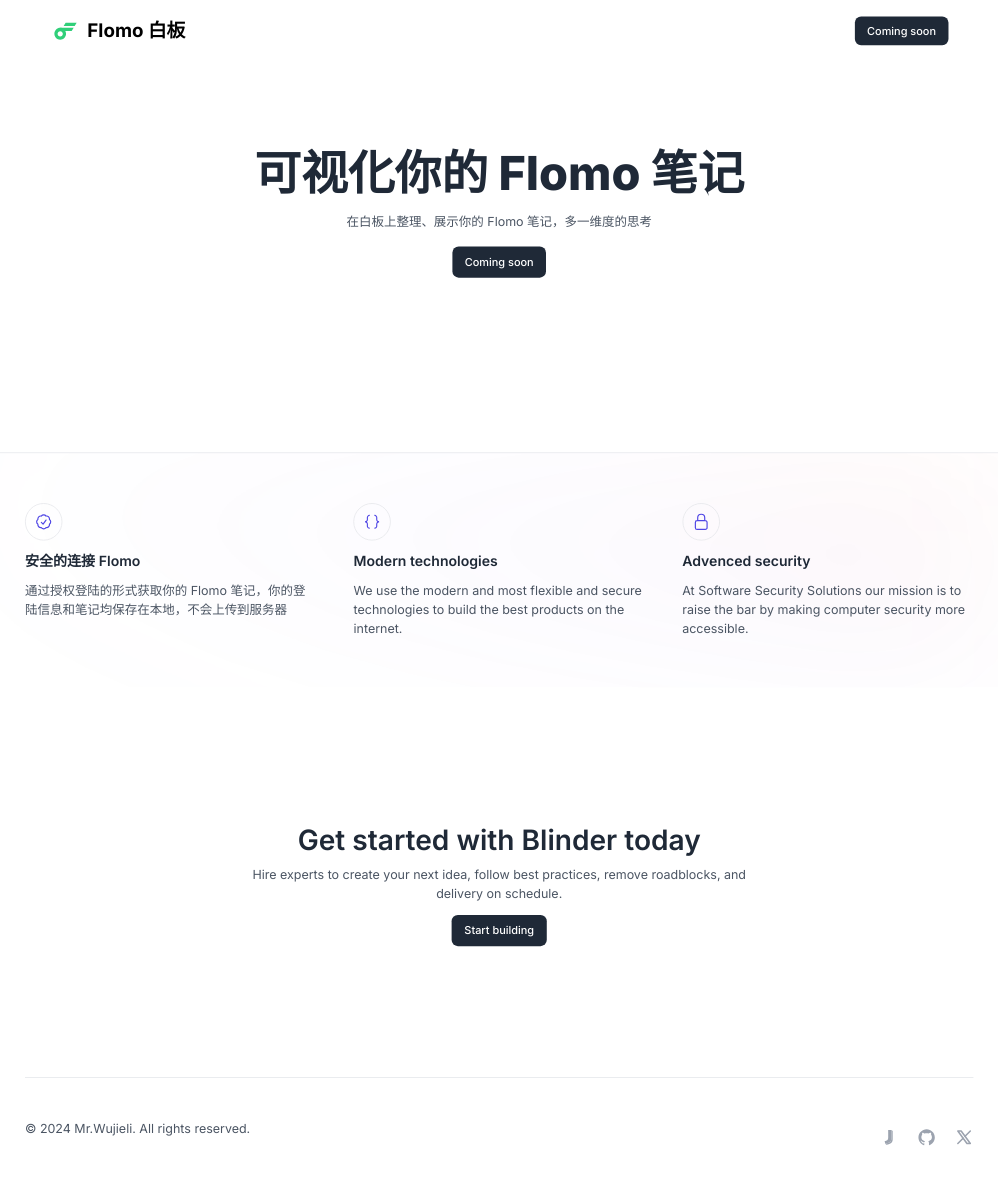
Repository: wujieli0207/flomo-board
Page: /
These files come from the project's save history. The page is drawn as it stood at one moment and after the next save; the edit follows.
The browser window is 1280 px wide. The pictures show the whole page, at 78% of full size.
The project was rebuilt for these pictures with package versions that can differ from the ones it lists, and the page was loaded fresh each time. The framework's server and built-in components were replaced by stand-ins that run in the browser. Also part of the build but not shown: next.config.mjs.

Above is the page before, as saved 2024-06-22 20:21:25.

After the next save:
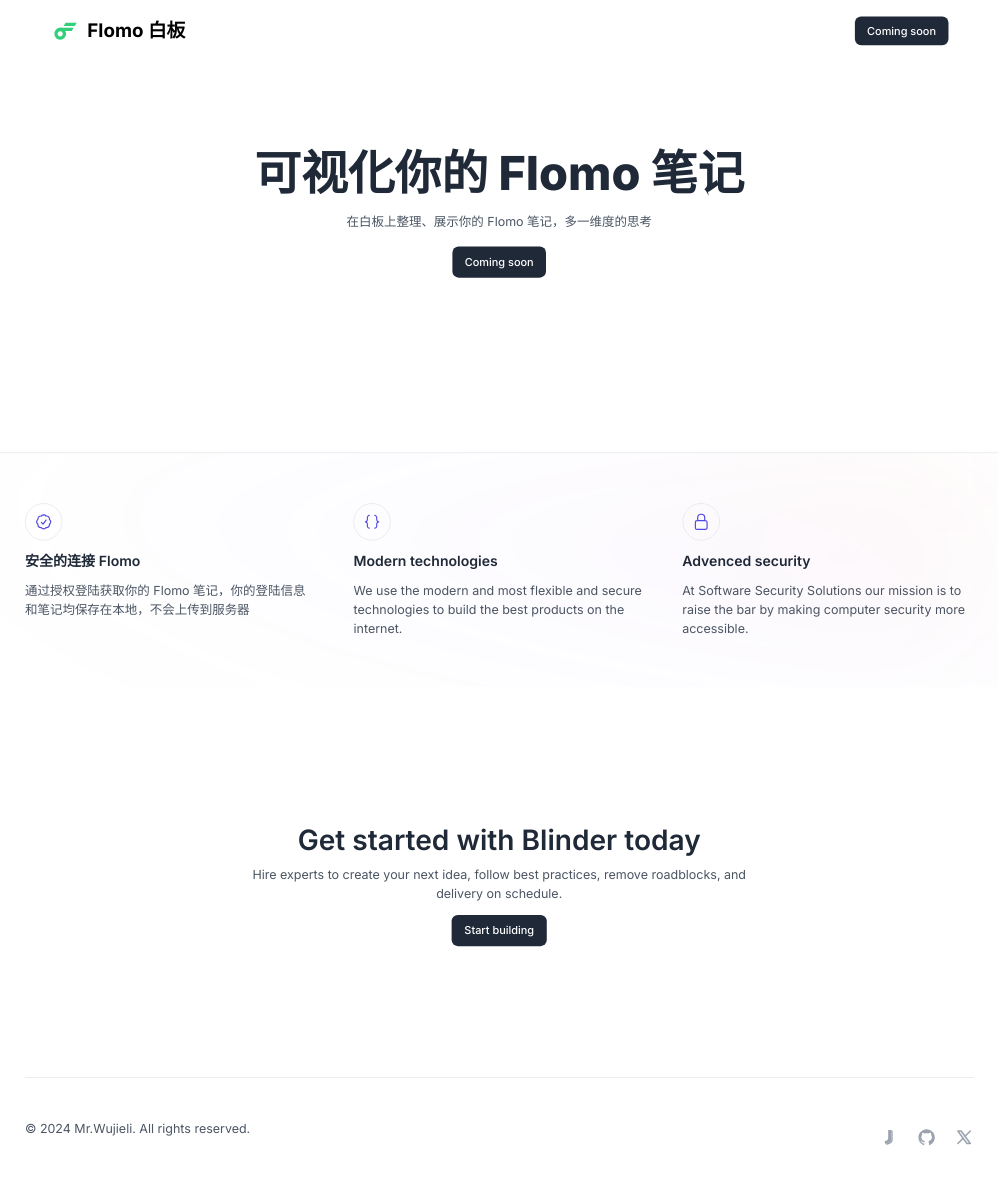
Saved 10 s later.
--- a/components/ui/Features/index.tsx
+++ b/components/ui/Features/index.tsx
@@ -20,7 +20,7 @@
         </svg>
       ),
       title: '安全的连接 Flomo',
-      desc: '通过授权登陆的形式获取你的 Flomo 笔记，你的登陆信息和笔记均保存在本地，不会上传到服务器',
+      desc: '通过授权登陆获取你的 Flomo 笔记，你的登陆信息和笔记均保存在本地，不会上传到服务器',
     },
     {
       icon: (
